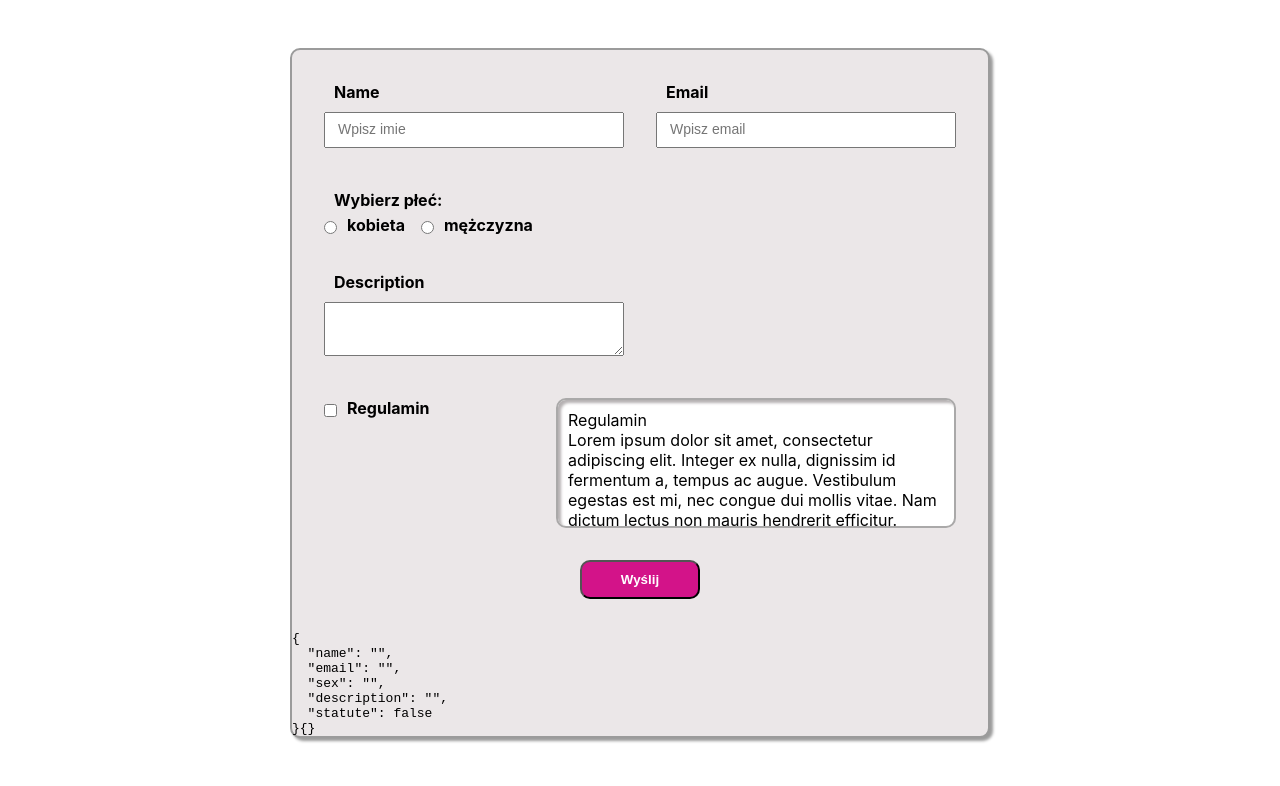
Repository: KrzysKolo/sr_tydzien4_zad3
Page: /
These files come from the project's save history. The page is drawn as it stood at one moment and after the next save; the edit follows.
The browser window is 1280 px wide. The pictures show the whole page.
The project was rebuilt for these pictures with package versions that can differ from the ones it lists, and the page was loaded fresh each time. Also part of the build but not shown: src/components/FormComponents/TextError.js.

Above is the page before, as saved 2020-11-19 14:16:17.

After the next save:
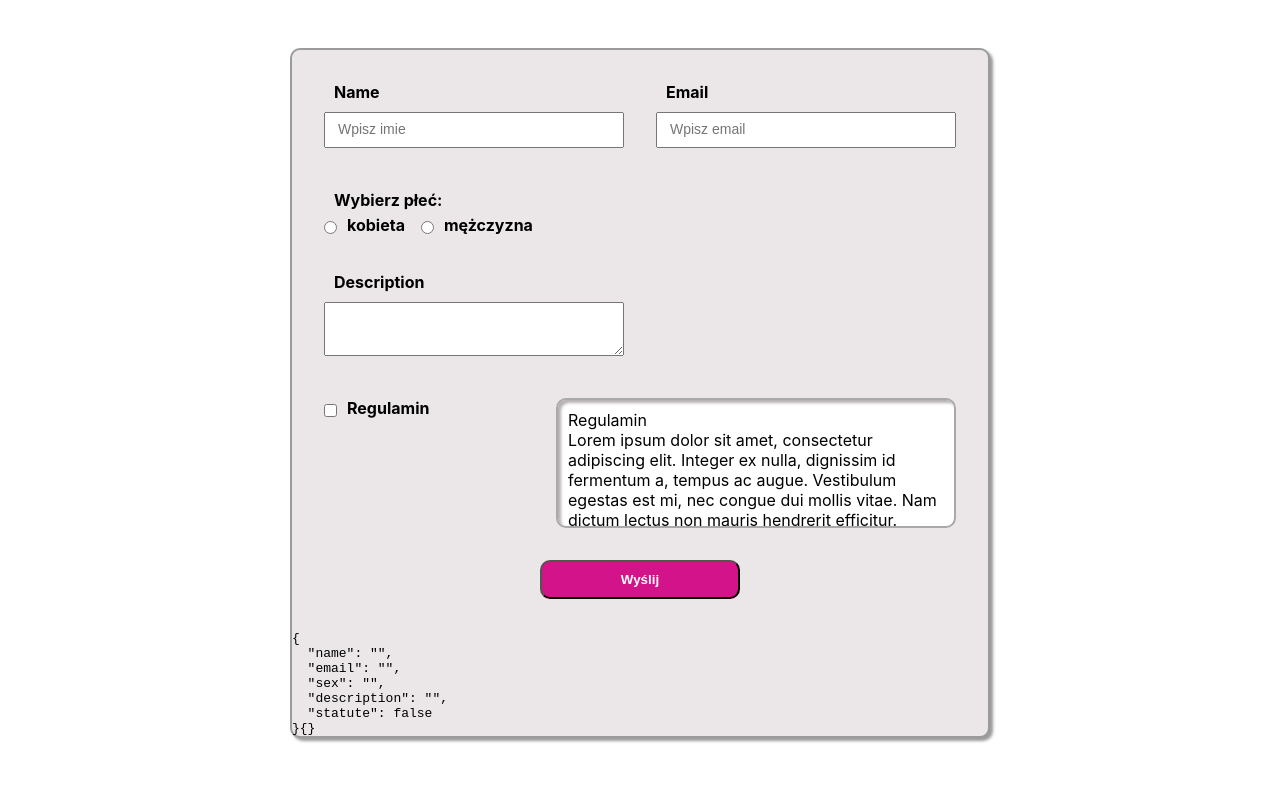
Saved 13 s later.
--- a/src/App.css
+++ b/src/App.css
@@ -61,7 +61,7 @@ textarea {
   font-weight: bold;
   margin: 0 auto;
   padding: 10px;
-  width: 120px;
+  width: 200px;
   transition: all 0.3s ease-in-out;
 }
 .btn-send:hover {
